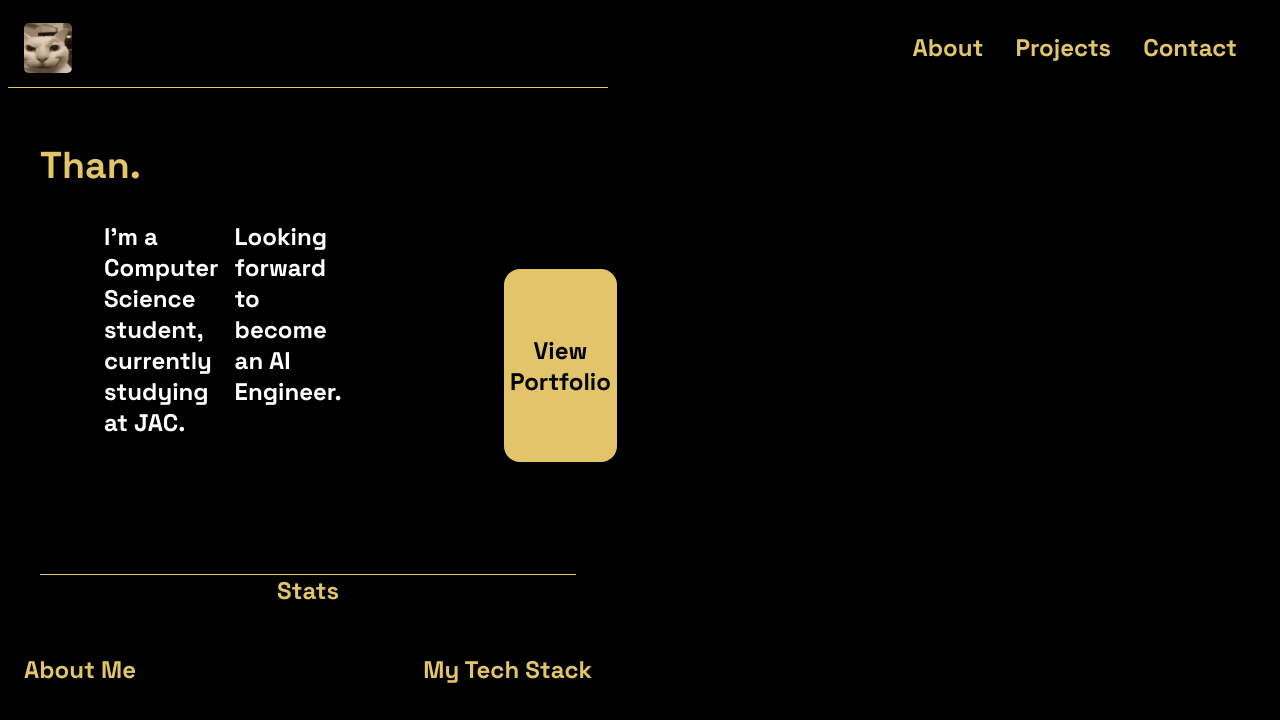
Repository: Than-dot/Than-dot
Page: index.html
An editor plug-in stored every save of this project. The page is shown before and after the next save, followed by the edit.
The browser window is 1280 px wide. The pictures show the whole page.

Above is the page before, as saved 2026-05-06 12:54:47.

After the next save:
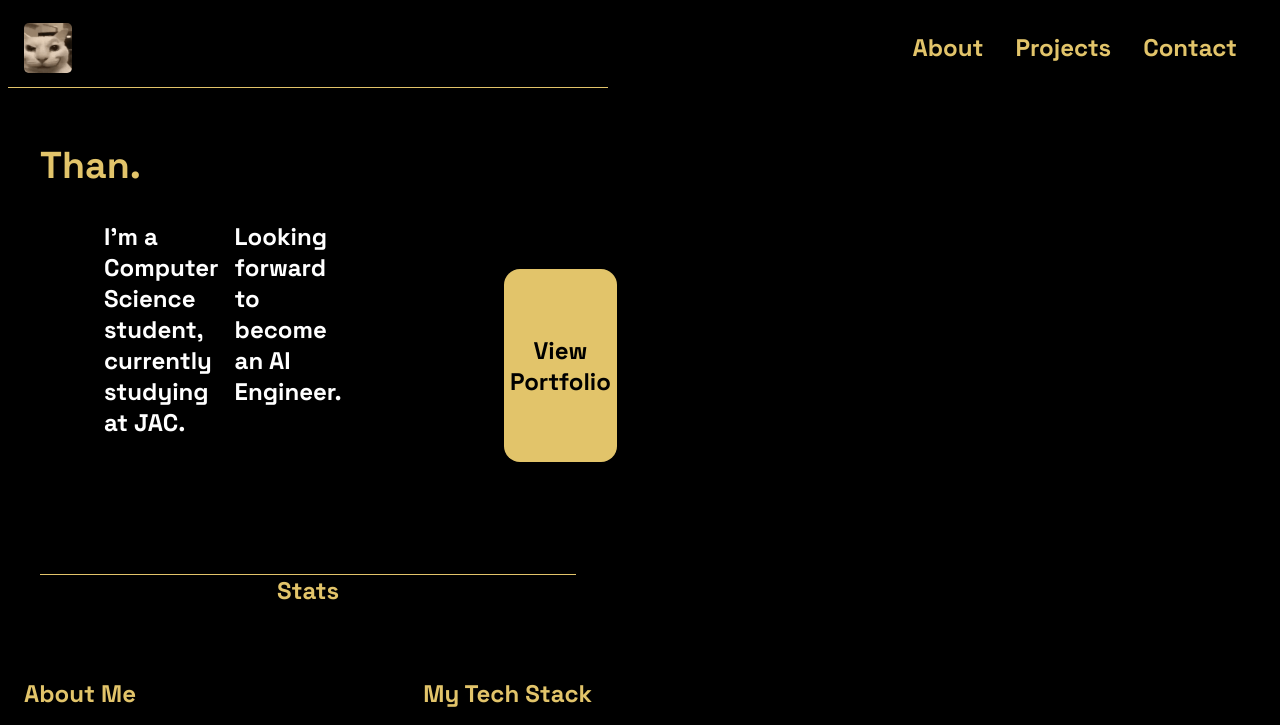
Saved 36 s later.
--- a/index.html
+++ b/index.html
@@ -27,7 +27,7 @@
           <p>Looking forward to become an AI Engineer.</p>
           <button>View Portfolio</button>
         </aside>
-        <article class="stats">Stats</article>
+        <article class="stats">Stats <p></p></article>
       </section>
     </main>
     <section class="container2">
